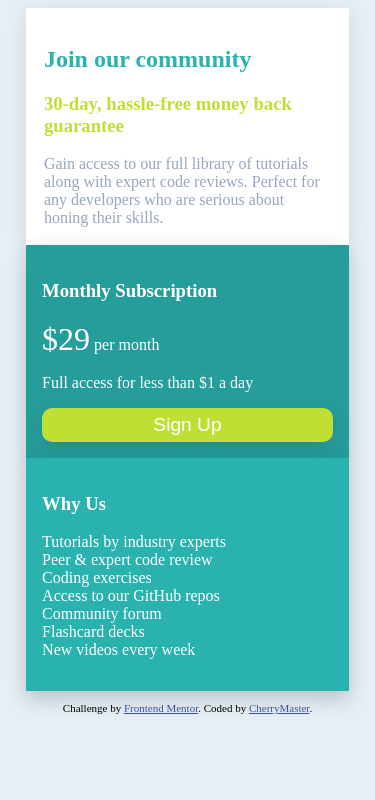
Repository: CherryMaster/single-price-grid-component-master
Page: index.html
An editor plug-in stored every save of this project. The page is shown before and after the next save, followed by the edit.
The browser window is 375 px wide. The pictures show the whole page.

Above is the page before, as saved 2020-05-09 17:52:03.

After the next save:
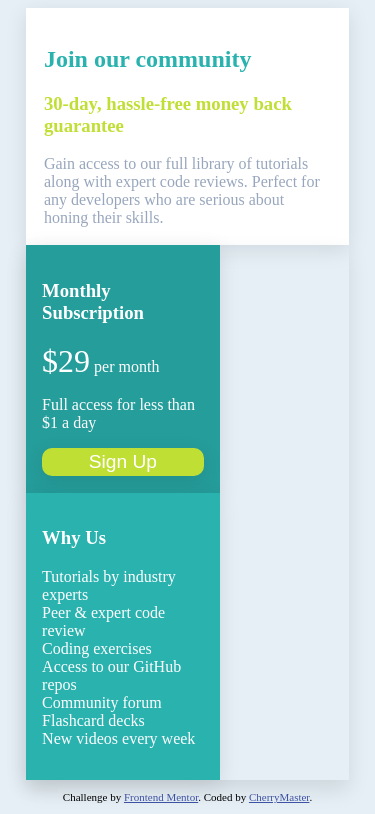
Saved 2 min 39 s later.
--- a/style.css
+++ b/style.css
@@ -1,64 +1,77 @@
-body{
-  background: hsl(204, 43%, 93%);
-  box-sizing: content-box;
-}
-header{
-  background: white;
-  width: 50%;
-  margin-left: 20%;
-}
-article{
-  width: 60%;
-  margin-left: 20%;
-  color: white;
-  display: flex;
-  box-shadow: 0 10px 20px rgba(0,0,0,0.1);
-}
-header, section{
-  padding: 5%;
-  box-shadow: 0 5px 20px rgba(0,0,0,0.1);
-}
-.subscription{
-  background: hsl(179, 62%, 38%);
-}
-.why-us{
-  background: hsl(179, 62%, 43%);
-}
-button{
-  background: hsl(71, 73%, 54%);
-  width: 100%;
-  height: 20%;
-  border: none;
-  border-radius: 10px;
-  color: white;
-  font-size: 1.2em;
-  padding-top: 2%;
-  padding-bottom: 2%;
-  box-shadow: 0 5px 20px rgba(0,0,0,0.1);
-}
-.join{
-  color: hsl(179, 62%, 43%);
-}
-.guarantee{
-  color: hsl(71, 73%, 54%);
-}
-.text{
-  color: hsl(218, 22%, 67%);
-}
-.price{
-  font-size: 2em;
+body {
+    background: hsl(204, 43%, 93%);
+    box-sizing: content-box;
 }
 
-@media (max-width: 415px){
-  header{
-    width: 80%;
-    margin-left: 5%;
-  }
-  article{
-    width: 90%;
-    margin-left: 5%;
-  }
-  article{
-    flex-direction: column;
-  }
+header {
+    background: white;
+    width: 50%;
+    margin-left: 20%;
 }
+
+article {
+    width: 60%;
+    margin-left: 20%;
+    color: white;
+    display: flex;
+    box-shadow: 0 10px 20px rgba(0, 0, 0, 0.1);
+}
+
+header,
+section {
+    padding: 5%;
+    box-shadow: 0 5px 20px rgba(0, 0, 0, 0.1);
+}
+
+.subscription {
+    background: hsl(179, 62%, 38%);
+    width: 50%;
+}
+
+.why-us {
+    background: hsl(179, 62%, 43%);
+    width: 50%;
+}
+
+button {
+    background: hsl(71, 73%, 54%);
+    width: 100%;
+    height: 20%;
+    border: none;
+    border-radius: 10px;
+    color: white;
+    font-size: 1.2em;
+    padding-top: 2%;
+    padding-bottom: 2%;
+    box-shadow: 0 5px 20px rgba(0, 0, 0, 0.1);
+}
+
+.join {
+    color: hsl(179, 62%, 43%);
+}
+
+.guarantee {
+    color: hsl(71, 73%, 54%);
+}
+
+.text {
+    color: hsl(218, 22%, 67%);
+}
+
+.price {
+    font-size: 2em;
+}
+
+@media (max-width: 415px) {
+    header {
+        width: 80%;
+        margin-left: 5%;
+    }
+    article {
+        width: 90%;
+        margin-left: 5%;
+    }
+    article {
+        flex-direction: column;
+    }
+}
